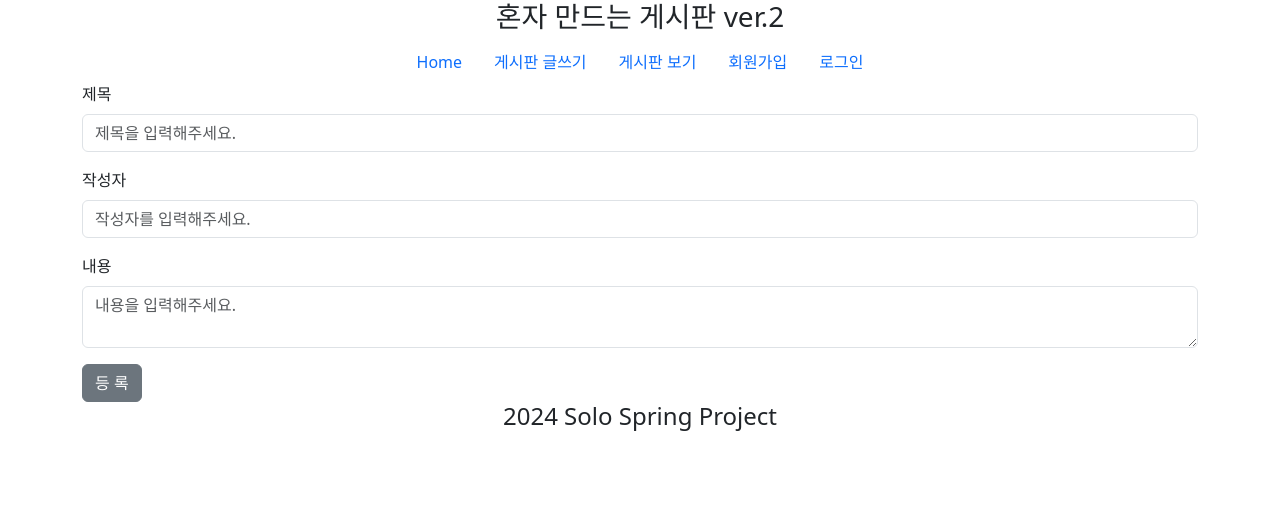
Repository: nefer2/Spring_test
Page: http://localhost/spring_test7/WEB-INF/views/board/register.jsp
The author's editor kept a copy of each file at every save. The page is drawn from the files as they stood at one save, then again after the next save.
The browser window is 1280 px wide. The pictures show the whole page.
The page is served by Tomcat 9. Nobody is signed in. Other server files are loaded and not shown. The template is opened directly, without the code that normally fills it, so the values that code supplies are empty.

Above is the page before, as saved 2024-01-18 02:33:16.

### spring_test7/src/main/webapp/WEB-INF/views/board/register.jsp
<%@ page language="java" contentType="text/html; charset=UTF-8"
    pageEncoding="UTF-8"%>
<%@ taglib uri="http://java.sun.com/jsp/jstl/core" prefix="c" %>
<%@ taglib uri="http://www.springframework.org/security/tags" prefix ="sec" %>



<jsp:include page="../layout/header.jsp"></jsp:include>
<jsp:include page="../layout/navbar.jsp"></jsp:include>


<div class="container-md">
	<form action="/board/register" method="post">
		<div class="mb-3">
		  <label for="title" class="form-label">제목</label>
		  <input type="text" name="title" class="form-control" id="title" placeholder="제목을 입력해주세요.">
		</div>
		<div class="mb-3">
		  <label for="wirter" class="form-label">작성자</label>
	      <input type="text" name="writer" class="form-control" id="wirter" placeholder="작성자를 입력해주세요.">
		</div>
		<div class="mb-3">
		  <label for="content" class="form-label">내용</label>
		  <textarea name="content" class="form-control" id="content" placeholder="내용을 입력해주세요."></textarea>
		</div>


<!-- 파일 입력 라인 추가 -->
	<div class="mb-3">

	</div>


<button type="submit" class="btn btn-secondary">등 록</button>


	</form>
</div>







<jsp:include page="../layout/footer.jsp"></jsp:include>

### spring_test7/src/main/webapp/WEB-INF/views/layout/header.jsp
<%@ page language="java" contentType="text/html; charset=UTF-8"
    pageEncoding="UTF-8"%>
<!DOCTYPE html>
<html>
<head>
<h3 style="text-align: center;">혼자 만드는 게시판 ver.2</h3>
</head>

### spring_test7/src/main/webapp/WEB-INF/views/layout/navbar.jsp
<%@ page language="java" contentType="text/html; charset=UTF-8"
    pageEncoding="UTF-8"%>


<script src="https://cdn.jsdelivr.net/npm/bootstrap@5.3.1/dist/js/bootstrap.bundle.min.js" integrity="sha384-HwwvtgBNo3bZJJLYd8oVXjrBZt8cqVSpeBNS5n7C8IVInixGAoxmnlMuBnhbgrkm" crossorigin="anonymous"></script>
<link href="https://cdn.jsdelivr.net/npm/bootstrap@5.3.1/dist/css/bootstrap.min.css" rel="stylesheet" integrity="sha384-4bw+/aepP/YC94hEpVNVgiZdgIC5+VKNBQNGCHeKRQN+PtmoHDEXuppvnDJzQIu9" crossorigin="anonymous">


<ul class="nav justify-content-center">

  <li class="nav-item">
    <a class="nav-link active" aria-current="page" href="/">Home</a>
  </li>
  <li class="nav-item">
    <a class="nav-link" href="/board/register">게시판 글쓰기</a>
  </li>
  <li class="nav-item">
    <a class="nav-link" href="/board/list">게시판 보기</a>
  </li>
    <li class="nav-item">
    <a class="nav-link" href="#">회원가입</a>
  </li>
    <li class="nav-item">
    <a class="nav-link" href="#">로그인</a>
  </li>
</ul>

### spring_test7/src/main/webapp/WEB-INF/views/layout/footer.jsp
<%@ page language="java" contentType="text/html; charset=UTF-8"
    pageEncoding="UTF-8"%>




<div><h4 style="text-align: center;">2024 Solo Spring Project</h4></div>

</body>
</html>

After the next save:
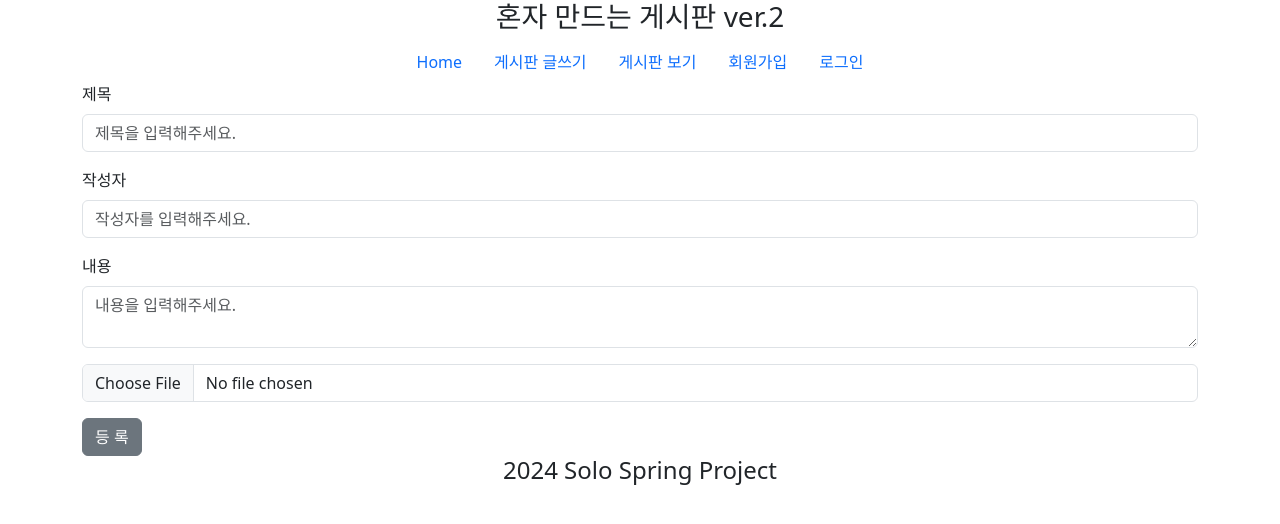
Saved 32 s later.
--- a/spring_test7/src/main/webapp/WEB-INF/views/board/register.jsp
+++ b/spring_test7/src/main/webapp/WEB-INF/views/board/register.jsp
@@ -27,6 +27,7 @@
 
 <!-- 파일 입력 라인 추가 -->
 	<div class="mb-3">
+		<input type="file" class="form-control" name="file">
 
 	</div>
 
